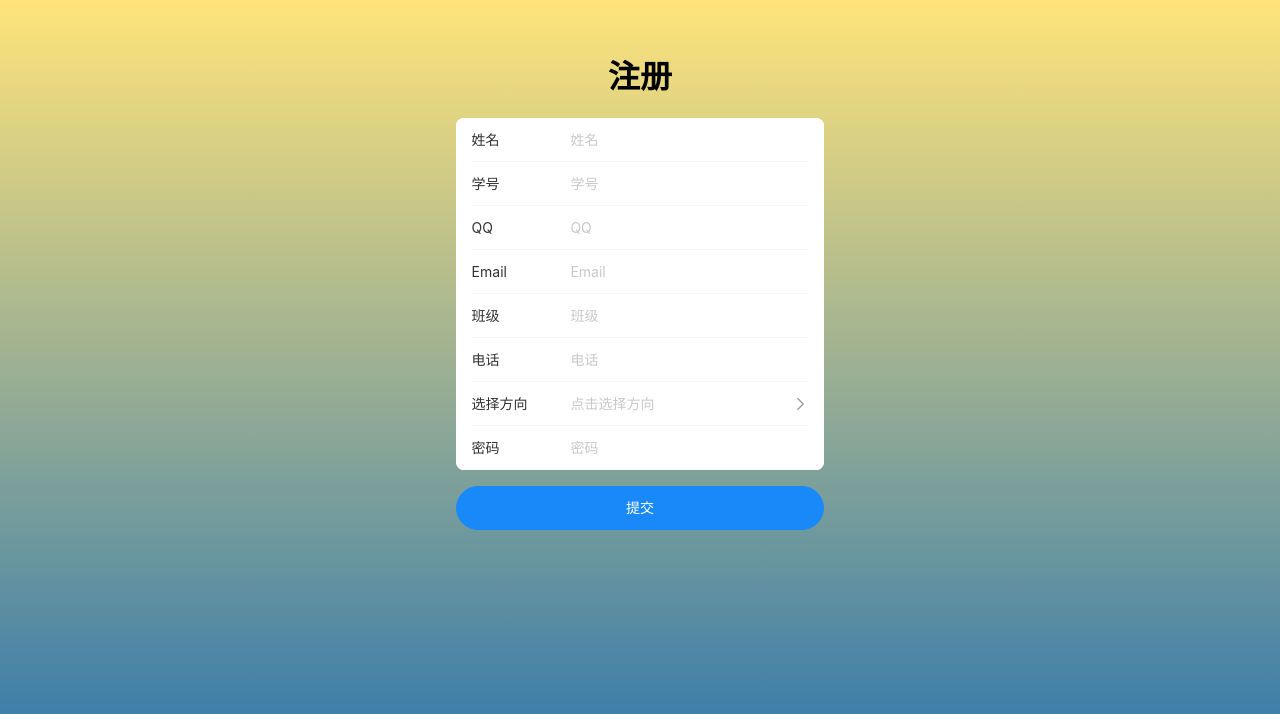
Repository: Qwenicq/new_sys
Page: /register (app in new-syws/)
These files come from the project's save history. The page is drawn as it stood at one moment and after the next save; the edit follows.
The browser window is 1280 px wide. The pictures show the whole page.
The project was rebuilt for these pictures with package versions that can differ from the ones it lists, and the page was loaded fresh each time. Also part of the build but not shown: new-syws/vite.config.js, new-syws/src/components/user.vue.

Above is the page before, as saved 2024-01-27 14:18:26.

### new-syws/src/router/index.js
import { createRouter, createWebHistory } from 'vue-router'

const router = createRouter({
  history: createWebHistory(import.meta.env.BASE_URL),
  routes: [
    { path: '/login', component: () => import('@/views/login/LoginPage.vue') },
    {
      path: '/register',
      component: () => import('@/views/register/RegisterPage.vue')
    },
    {
      path: '/',
      component: () => import('@/views/layout/LayoutPage.vue'),
      redirect: '/index/content',
      children: [
        {
          path: '/index/content',
          component: () => import('@/views/layout/LayContain.vue')
        },
        {
          path: '/index/user',
          component: () => import('@/views/user/UserPage.vue')
        }
      ]
    },
    {
      path: '/android',
      component: () => import('@/views/detail/AndroidPage.vue')
    },
    { path: '/ios', component: () => import('@/views/detail/IosPage.vue') },
    { path: '/lab', component: () => import('@/views/detail/LabPage.vue') },
    {
      path: '/server',
      component: () => import('@/views/detail/ServerPage.vue')
    },
    { path: '/web', component: () => import('@/views/detail/WebPage.vue') }
  ]
})

export default router

### new-syws/src/views/register/RegisterPage.vue
<script setup>
import { ref } from 'vue'
const showPicker = ref(false)
const columns = [
  { text: '未定向', value: 'null' },
  { text: 'Web', value: 'Web' },
  { text: 'Server', value: 'Server' },
  { text: 'Ios', value: 'Ios' },
  { text: 'Android', value: 'Android' }
]
// 提交表单
const formModel = ref({
  Name: '',
  Password: '',
  Identity: '',
  QQ: '',
  Direction: '',
  Email: '',
  Class: '',
  Phone: ''
})

const onConfirm = ({ selectedOptions }) => {
  formModel.value.Direction = selectedOptions[0]?.text
  showPicker.value = false
}

const onSubmit = () => {}
</script>

<template>
  <div class="bg">
    <div class="main">
      <h1>注册</h1>
      <van-form @submit="onSubmit">
        <van-cell-group inset>
          <van-field
            v-model="formModel.Name"
            name="姓名"
            label="姓名"
            placeholder="姓名"
            :rules="[{ required: true, message: '请填写姓名' }]"
          />

          <van-field
            v-model="formModel.Identity"
            type="number"
            name="学号"
            label="学号"
            placeholder="学号"
            :rules="[
              { required: true, message: '请填写学号' },
              {
                pattern: /^\S{8}$/,
                message: '请填写正确的学号',
                trigger: 'onChange'
              }
            ]"
          />
          <van-field
            v-model="formModel.QQ"
            type="number"
            name="QQ"
            label="QQ"
            placeholder="QQ"
            :rules="[{ required: true, message: '请填写QQ' }]"
          />
          <van-field
            v-model="formModel.Email"
            type="email"
            name="Email"
            label="Email"
            placeholder="Email"
            :rules="[{ required: true, message: '请填写Email' }]"
          />
          <van-field
            v-model="formModel.Class"
            type="text"
            name="班级"
            label="班级"
            placeholder="班级"
            :rules="[{ required: true, message: '请填写班级' }]"
          />
          <van-field
            v-model="formModel.Phone"
            type="number"
            name="电话"
            label="电话"
            placeholder="电话"
            :rules="[
              { required: true, message: '请填写电话' },
              {
                pattern: /^\S{11}$/,
                message: '请填写正确的电话号码',
                trigger: 'onChange'
              }
            ]"
          />
          <van-field
            v-model="formModel.Direction"
            is-link
            readonly
            name="picker"
            label="选择方向"
            placeholder="点击选择方向"
            @click="showPicker = true"
          />
          <van-popup v-model:show="showPicker" position="bottom">
            <van-picker
              :columns="columns"
              @confirm="onConfirm"
              @cancel="showPicker = false"
            />
          </van-popup>
          <van-field
            v-model="formModel.Password"
            type="password"
            name="密码"
            label="密码"
            placeholder="密码"
            :rules="[
              { required: true, message: '请填写密码' },
              {
                pattern: /^\S{6,15}$/,
                message: '密码必须是 6-15位 的非空字符',
                trigger: 'onChange'
              }
            ]"
          />
        </van-cell-group>

        <div style="margin: 16px">
          <van-button round block type="primary" native-type="submit">
            提交
          </van-button>
        </div>
      </van-form>
    </div>
  </div>
</template>

<style scoped>
.bg {
  height: 100vh;
  background: #3d7eaa; /* fallback for old browsers */
  background: -webkit-linear-gradient(
    to bottom,
    #ffe47a,
    #3d7eaa
  ); /* Chrome 10-25, Safari 5.1-6 */
  background: linear-gradient(
    to bottom,
    #ffe47a,
    #3d7eaa
  ); /* W3C, IE 10+/ Edge, Firefox 16+, Chrome 26+, Opera 12+, Safari 7+ */
}
.main {
  flex-direction: column;
  display: flex;
  justify-content: center;
  align-items: center;
  height: 80vh;
}
</style>

Loaded but not shown: new-syws/index.html (common file); new-syws/src/main.js (common file); new-syws/src/App.vue (common file)

After the next save:
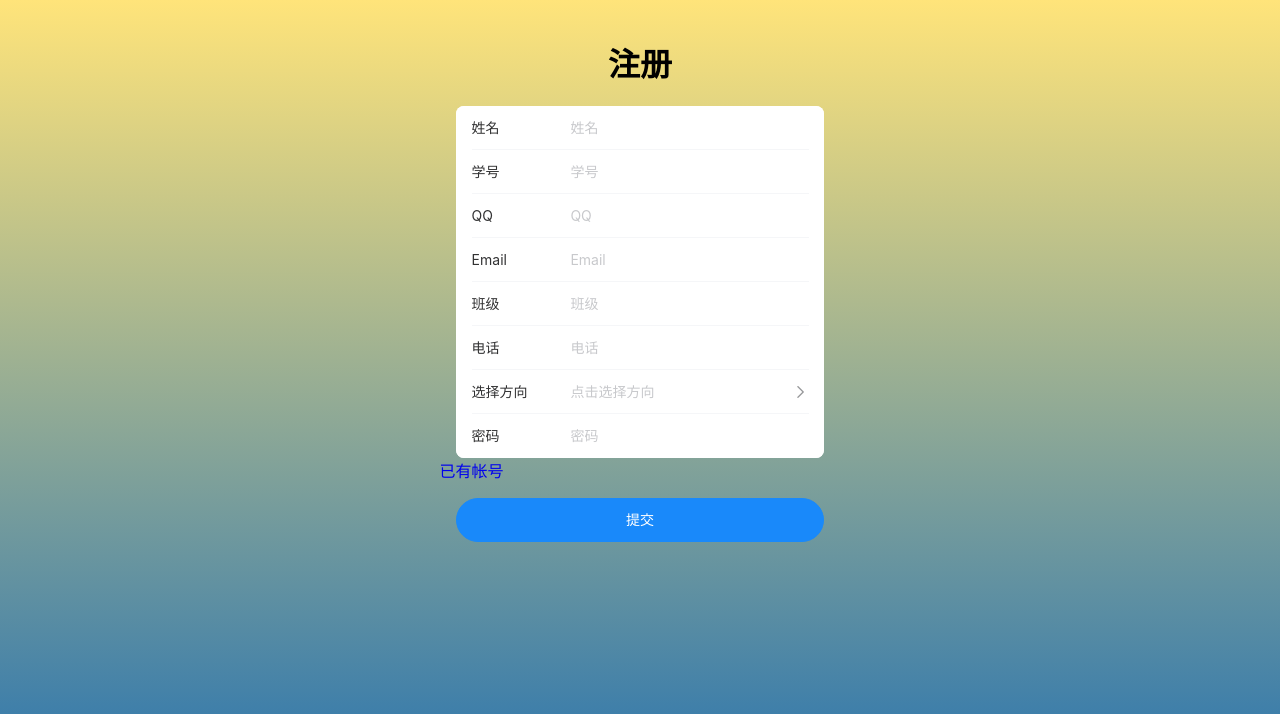
Saved 34 s later.
--- a/new-syws/src/views/register/RegisterPage.vue
+++ b/new-syws/src/views/register/RegisterPage.vue
@@ -128,7 +128,7 @@
             ]"
           />
         </van-cell-group>
-
+        <a href="/login">已有帐号</a>
         <div style="margin: 16px">
           <van-button round block type="primary" native-type="submit">
             提交
